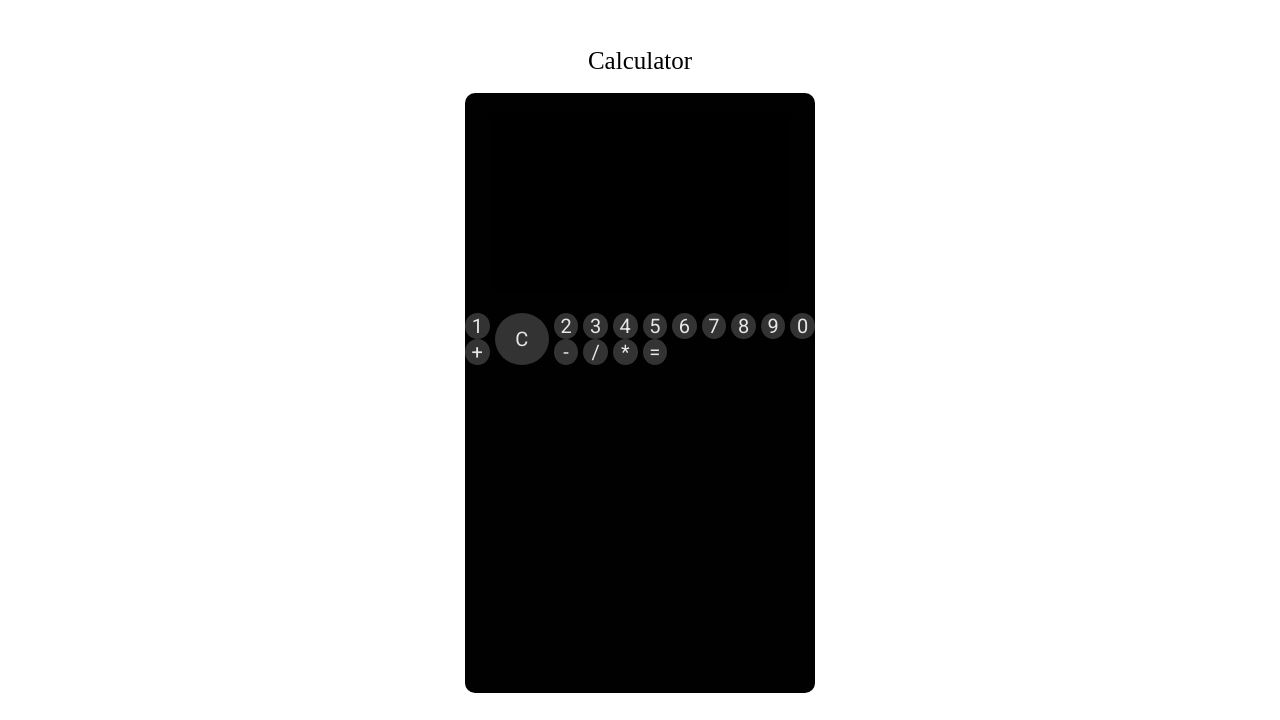
Repository: Gibon9/SimpleCalc
Page: index.html
An editor plug-in stored every save of this project. The page is shown before and after the next save, followed by the edit.
The browser window is 1280 px wide. The pictures show the whole page.
Some web fonts or font styles are not loaded; a fallback is used.

Above is the page before, as saved 2020-11-27 18:58:24.

After the next save:
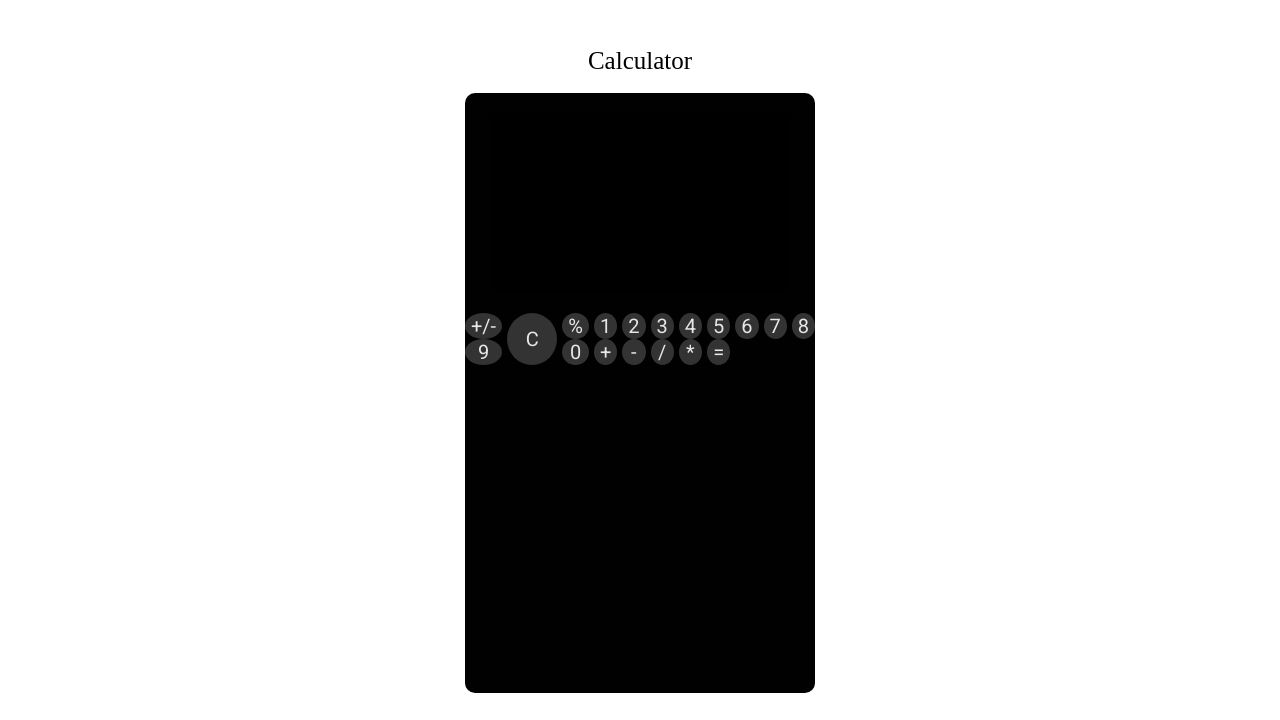
Saved 4 min 30 s later.
--- a/index.html
+++ b/index.html
@@ -15,6 +15,10 @@
         <div class="calc-display" id="display"></div>
         <section class="keyboard" id="keyboard">
           <button class="calc-button c-btn" id="clear">C</button>
+          <button class="calc-button plus-minus-btn" id="plus-minus">
+            +/-
+          </button>
+          <button class="calc-button percent-btn" id="percent">%</button>
           <button class="calc-button" id="btn1">1</button>
           <button class="calc-button" id="btn2">2</button>
           <button class="calc-button" id="btn3">3</button>
